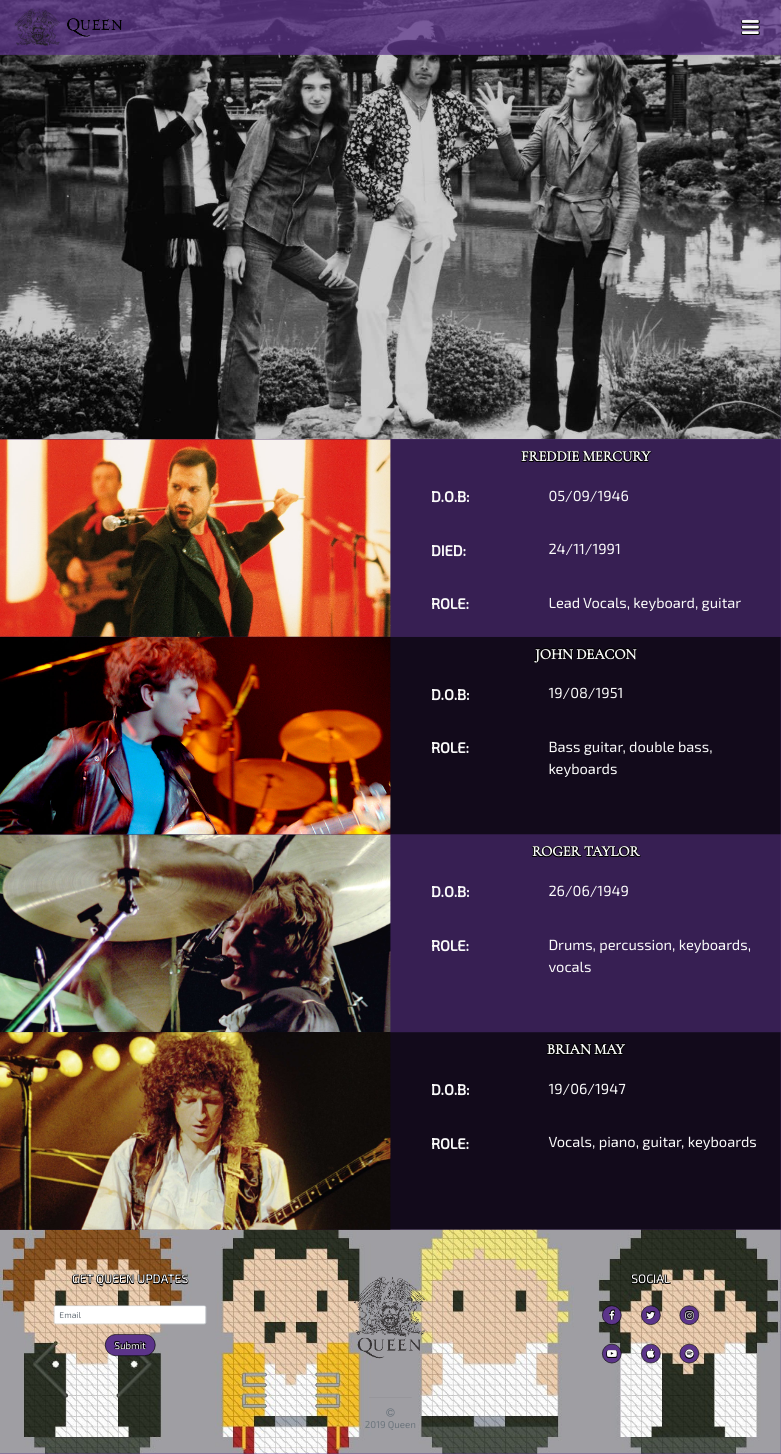
Repository: Olan1/Queen---The-Unofficial-Site
Page: members.html
The author's editor kept a record of every edit. The page is drawn from the files as they stood at one moment, then again after the next edit.
The browser window is 1280 px wide. The pictures show the whole page, at 61% of full size.

Above is the page before.

After the next edit:
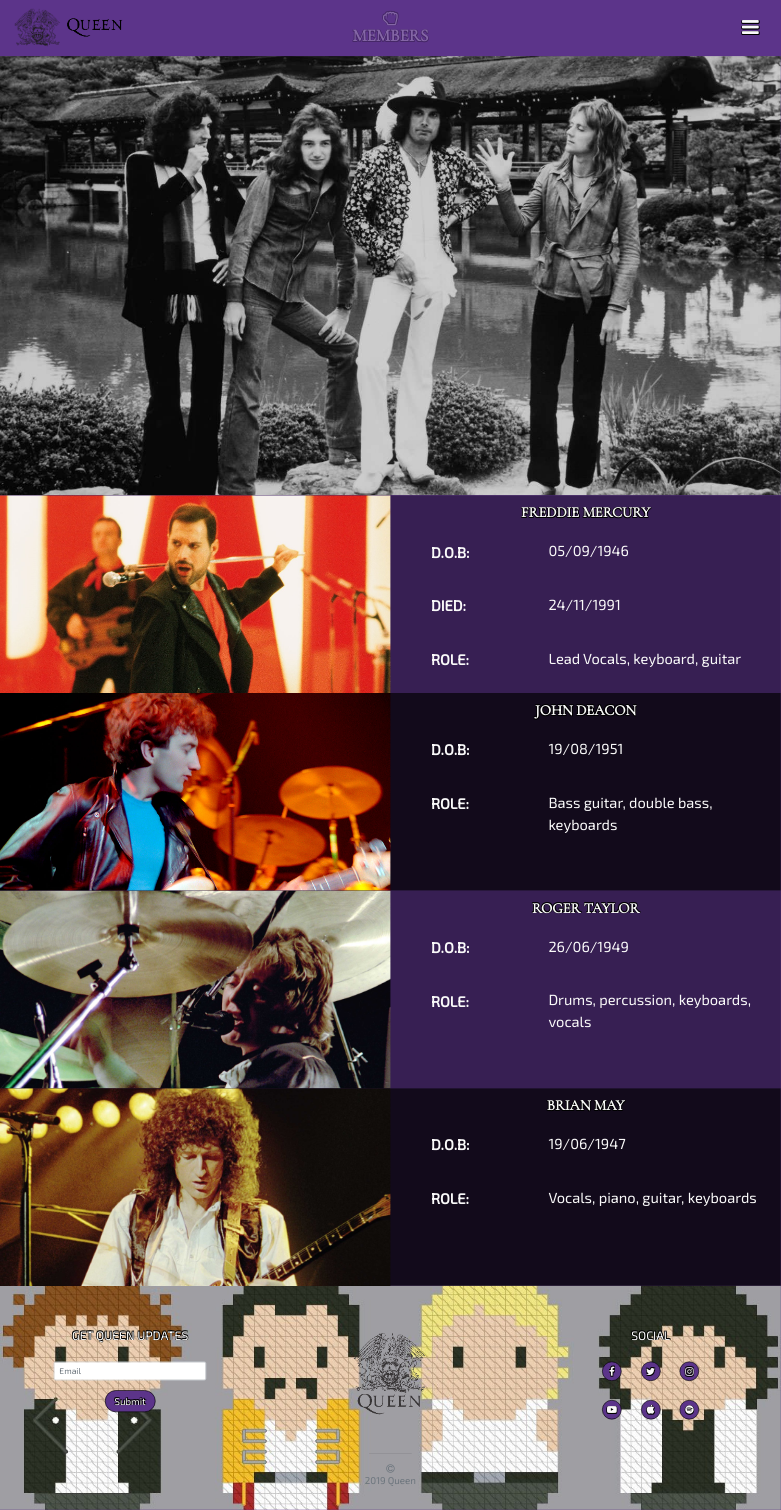
The edit:
--- a/members.html
+++ b/members.html
@@ -14,6 +14,9 @@
 </head>
 
 <body>
+    <div>
+        <h3 class="uppercase text-outline"><i class="fa fa-hand-rock-o" aria-hidden="true"></i>Members</h3>
+    </div>
     <!--Header-->
     <header id="home" class="container-fluid members-header-container text-outline">
         <nav class="navbar navbar-light nav-bg-color fixed-top">
